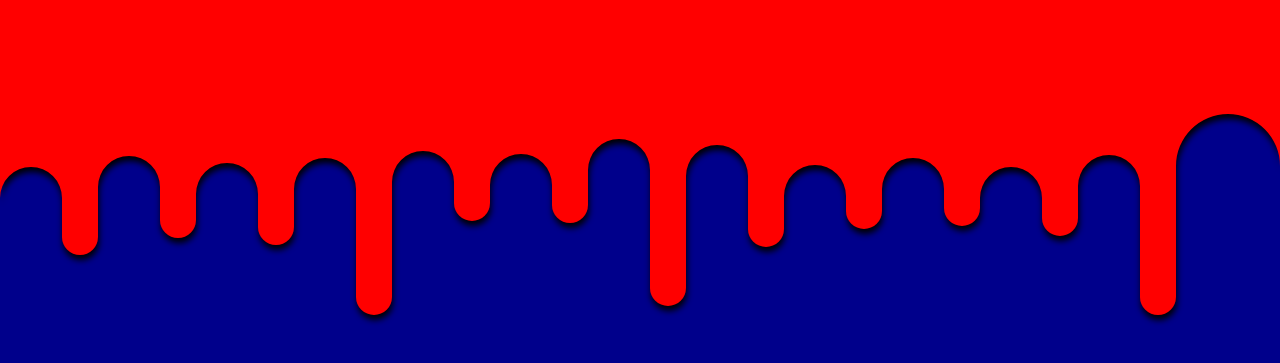
Repository: l-ollie/drip
Page: public/index.html
The author's editor kept a copy of each file at every save. The page is drawn from the files as they stood at one save, then again after the next save.
The browser window is 1280 px wide. The pictures show the whole page.

Above is the page before, as saved 2022-07-01 01:46:09.
Console error: ReferenceError: container is not defined

### public/index.html
<!DOCTYPE html>

<html>
    <head>
        <meta charset="utf-8">
        <meta http-equiv="X-UA-Compatible" content="IE=edge">
        <title>Drip</title>
        <meta name="description" content="">
        <meta name="viewport" content="width=device-width, initial-scale=1">
        <link rel="stylesheet" href="assets/style.css">
    </head>
    <body>
        <div id="container-drip">
        </div>

        <script src="drip.js" async defer></script>
    </body>
</html>

### public/assets/style.css
body{
    margin: 0px;
    background-color:darkblue;
}

#container-drip{
    height: 99vh;
}
#dripperSvg{
    filter: drop-shadow(1px 5px 3px #000);
}

.point-cursor { cursor: pointer; }

### public/drip.js
// // @ts-check
// import SvgEdit from './SvgEdit.js';

// const svgEdit = new SvgEdit();
// console.log(svgEdit.msg('blaaaa'));

function makeSVG() {
	const htmlDivId = 'container-drip';
	const amount = 25;
	const height = 200;
	let currentXPos = 0;

	const windowWidth = document.getElementById(htmlDivId).offsetWidth;
	const pathWidth = Math.ceil(windowWidth / amount);

	let svgElement = document.createElementNS('http://www.w3.org/2000/svg', 'svg');
	svgElement.setAttributeNS(null, 'width', '100%');
	svgElement.setAttributeNS(null, 'height', '100%');
	svgElement.setAttributeNS(null, 'id', 'dripperSvg');

	for (let i = 0; i < amount; i++) {
		svgElement.appendChild(lowDrip(pathWidth, height, i));
	}
	document.getElementById(htmlDivId).appendChild(svgElement);

	function lowDrip(width, height, i) {
		const dripLow = '1 0 0';
		const dripHigh = '0 0 1';
		let isLow;
		let arc;
		const idNames = [ 'drip', 'curve' ];
		let idName;
		let random = Math.random() * 50;

		if (i % 2 !== 0) {
			isLow = true;
			arc = dripLow;
			width = Math.round(width * 0.7);
			if (random > 40) random *= 2;
			height = Math.ceil(height + random);
		} else {
			isLow = false;
			arc = dripHigh;
			width = Math.round(width * 1.2);
			height = Math.ceil(height - random);
		}
		if (i === amount - 1) {
			width = windowWidth - currentXPos;
		}

		function setAttributeNSForSvg(createElement, attributes, pathElement) {
			let _svg = document.createElementNS('http://www.w3.org/2000/svg', createElement);
			const halfWidth = Math.ceil(width / 2);
			const _singlePath = `M ${currentXPos} 0 v ${height} a ${halfWidth} ${halfWidth} ${arc} ${width} 0 v -${height} Z`;

			for (let y = 0; y < attributes.length; y++) {
				_svg.setAttributeNS(null, attributes[y][0], attributes[y][1]);
			}
			if (_svg.tagName.toLowerCase() === 'path') {
				_svg.setAttributeNS(null, 'd', `${_singlePath}`);

				console.log(`path = ${_singlePath}`);
				currentXPos += width;
				return _svg;
			} else {
				console.log(`animate = ${_singlePath}`);
				const _copiedPath = getPathFromSvg(pathElement.getAttributeNS(null, 'd'));
				_svg.setAttributeNS(null, 'values', `${_copiedPath} ; ${_copiedPath}`);

				return _svg;
			}
		}

		const attributesDripPath = [ [ 'id', `${isLow ? idNames[0] : idNames[1]}${i}` ], [ 'fill', 'red' ] ];
		let _path = setAttributeNSForSvg('path', attributesDripPath);

		if (isLow === false) {
			return _path;
		} else {
			_path.setAttributeNS(null, 'class', 'point-cursor');
			const attributesDripAnim = [
				[ 'id', `dripAnim${i}` ],
				[ 'attributeName', 'd' ],
				[ 'dur', '0.3' ],
				[ 'type', 'translate' ],
				[ 'begin', 'indefinite; ' ],
				[ 'repeatCount', '1' ],
				[ 'calcMode', 'spline' ],
				[ 'keySplines', '.21,.3,.01,.98' ]
			];
			let _anim = setAttributeNSForSvg('animate', attributesDripAnim, _path);
			_path.appendChild(_anim);
			return _path;
		}
	}
}

makeSVG();

function getPathFromSvg(path) {
	const regexPath = /M+ +[0-9]+ +[0-9]+ +v+ +[0-9]+ +a+ +[0-9]+ +[0-9]+ +[0-9]+ +[0-9]+ +[0-9]+ +[0-9]+ +[0-9]+ +v+ +-+[0-9]+ +Z/g;

	let value;
	let values = [];

	while ((value = regexPath.exec(path)) !== null) {
		values.push(value[0]);
	}
	return values;
}

container.onmousedown = function(e) {
	console.log(e);
	const dripIDRegex = /drip/;
	let el = e.target.correspondingUseElement ? e.target.correspondingUseElement : e.target;
	const elementId = el.getAttributeNS(null, 'id');
	const dripName = dripIDRegex.exec(elementId);
	if (dripName === null) {
		return;
	}
	document.addEventListener('mousemove', onMouseMove);
	const dripNum = /[0-9]+/.exec(elementId);
	const clickBeginYPos = e.pageY;
	let dragLength = 0;
	let pathD = el.getAttribute('d');

	function onMouseMove(e) {
		dragLength = e.pageY - clickBeginYPos;
		el.setAttributeNS(null, 'd', addLength(pathD, dragLength));
	}

	function addLength(oldLength, dragLength) {
		const regex = /v+ +[0-9]+|v+ +-+[0-9]+/g;
		const drippingPoints = oldLength.match(regex);
		const drippingLength = Number(/[0-9]+/.exec(drippingPoints[0]));
		let newDrippingPoints = oldLength.replace(drippingPoints[0], `v ${drippingLength + dragLength}`);
		newDrippingPoints = newDrippingPoints.replace(drippingPoints[1], `v -${drippingLength + dragLength}`);
		return newDrippingPoints;
	}

	onmouseup = function() {
		document.removeEventListener('mousemove', onMouseMove);
		container.onmouseup = null;
		changeAnimation();

		function changeAnimation() {
			if (dragLength === 0) {
				return;
			}
			const animId = Number(/[0-9]+/.exec(elementId));

			const regexPath = /M+ +[0-9]+ +[0-9]+ +v+ +[0-9]+ +a+ +[0-9]+ +[0-9]+ +[0-9]+ +[0-9]+ +[0-9]+ +[0-9]+ +[0-9]+ +v+ +-+[0-9]+ +Z/g;
			let svgAnimation = document.getElementById(`dripAnim${animId}`);
			const valuesProp = svgAnimation.getAttributeNS(null, 'values');

			const values = getPathFromSvg(valuesProp);

			const changedValue = valuesProp.replace(values[0], `${addLength(values[1], dragLength)}`);
			svgAnimation.setAttributeNS(null, 'values', changedValue);
			svgAnimation.beginElement();
			el.setAttributeNS(null, 'd', pathD);
			dragLength = 0;
		}
	};
};

function shuffle(array) {
	let currentIndex = array.length,
		randomIndex;

	// While there remain elements to shuffle.
	while (currentIndex != 0) {
		// Pick a remaining element.
		randomIndex = Math.floor(Math.random() * currentIndex);
		currentIndex--;

		// And swap it with the current element.
		[ array[currentIndex], array[randomIndex] ] = [ array[randomIndex], array[currentIndex] ];
	}

	return array;
}

After the next save:
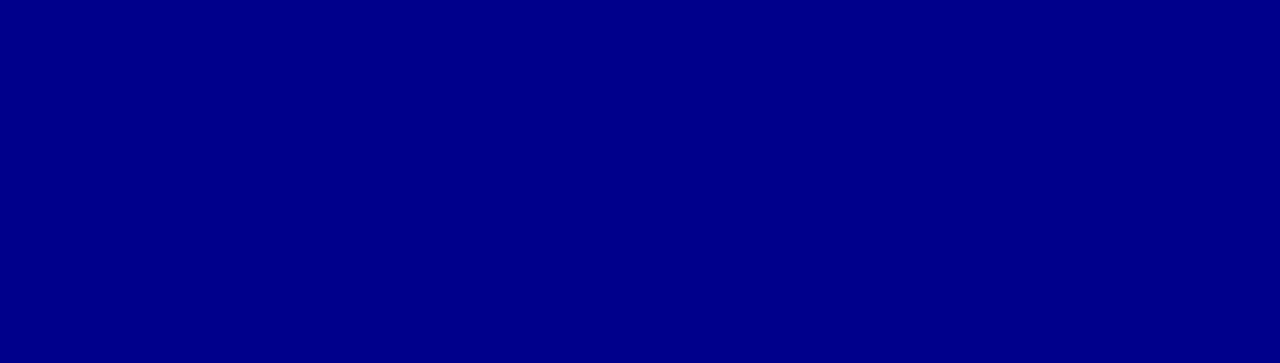
Console error: SyntaxError: Invalid left-hand side in assignment
Saved 11 h 16 min later.
--- a/public/drip.js
+++ b/public/drip.js
@@ -109,7 +109,7 @@
 	return values;
 }
 
-container.onmousedown = function(e) {
+container-drip.onmousedown = function(e) {
 	console.log(e);
 	const dripIDRegex = /drip/;
 	let el = e.target.correspondingUseElement ? e.target.correspondingUseElement : e.target;

After the save that followed:
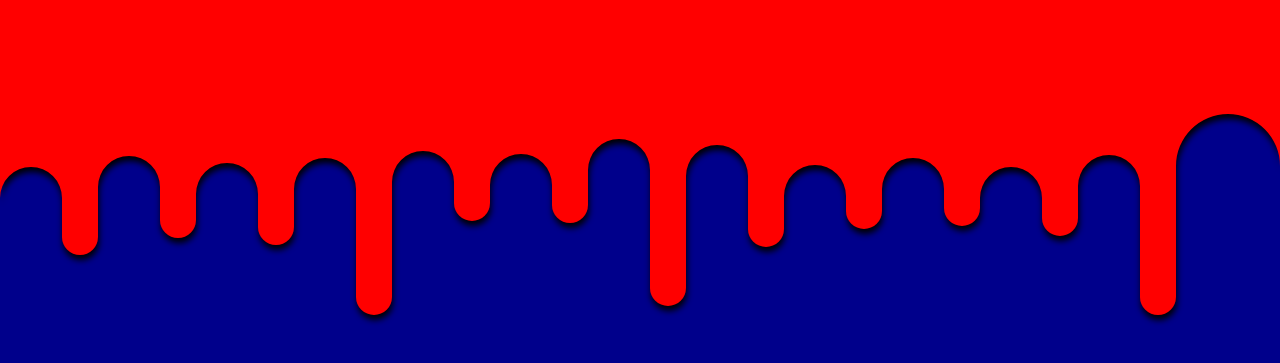
Console error: ReferenceError: containerDrip is not defined
Saved 13 s later.
--- a/public/drip.js
+++ b/public/drip.js
@@ -109,7 +109,7 @@
 	return values;
 }
 
-container-drip.onmousedown = function(e) {
+containerDrip.onmousedown = function(e) {
 	console.log(e);
 	const dripIDRegex = /drip/;
 	let el = e.target.correspondingUseElement ? e.target.correspondingUseElement : e.target;
